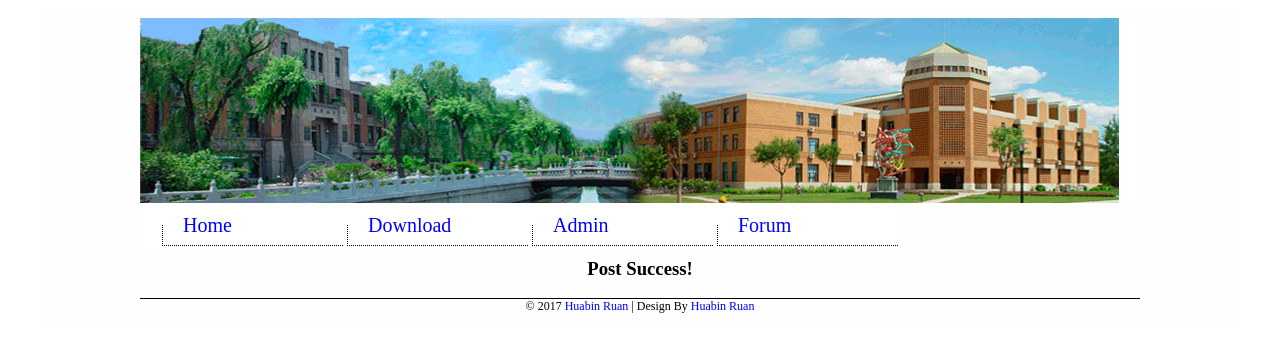
Repository: ruanhuabin/LifeSoftwareWebSite
Page: http://localhost/CryoEM/software_post_success.jsp
An editor plug-in stored every save of this project. The page is shown before and after the next save, followed by the edit.
The browser window is 1280 px wide. The pictures show the whole page.
The page is served by Tomcat 9. Nobody is signed in. The application's start-up code is not run.

Above is the page before, as saved 2017-08-14 02:39:39.

After the next save:
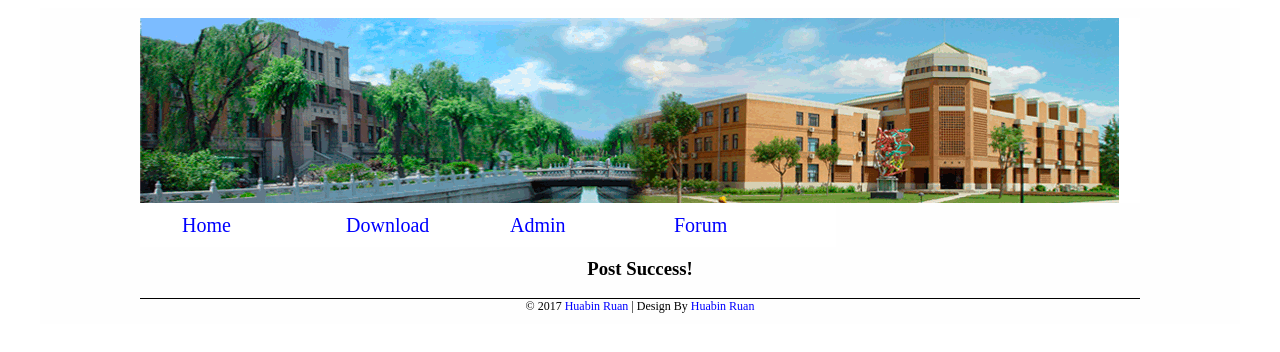
Saved 32 s later.
--- a/CryoEM/WebRoot/style.css
+++ b/CryoEM/WebRoot/style.css
@@ -89,28 +89,28 @@ ul {margin-left: 0; padding-left: 40px;}
 #navigation .curr{background:url(sub/images/nav_on.png); color:red;}
 
 
-.ul, li { list-style: none; margin: 0; padding: 0; }
-ul { padding-left: 1em; }
-li { padding-left: 1em;
+.ul, .li { list-style: none; margin: 0; padding: 0; }
+.ul { padding-left: 1em; }
+.li { padding-left: 1em;
   border: 1px dotted black;
   border-width: 0 0 1px 1px;
 }
-li.container { border-bottom: 0px; }
-li.empty { font-style: italic;
+.li.container { border-bottom: 0px; }
+.li.empty { font-style: italic;
   color: silver;
   border-color: silver;
 }
-li p { margin: 0;
+.li .p { margin: 0;
   background: white;
   position: relative;
   top: 0.5em;
 }
-li ul {
+.li .ul {
   border-top: 1px dotted black;
   margin-left: -1em;
   padding-left: 2em;
 }
-ul li:last-child ul {
+.ul .li:last-child ul {
   border-left: 1px solid white;
   margin-left: -17px;
 }
